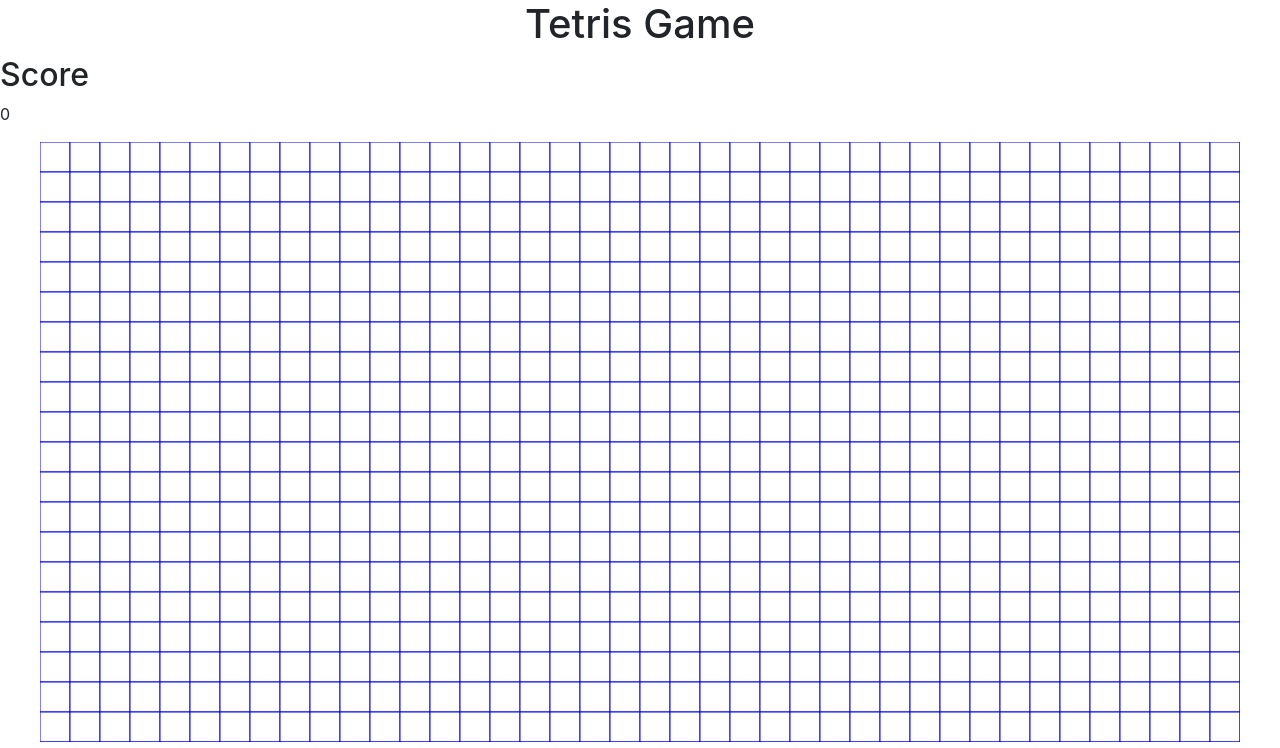
Repository: nlbien22/games
Page: Tetris/index.html
The author's editor kept a copy of each file at every save. The page is drawn from the files as they stood at one save, then again after the next save.
The browser window is 1280 px wide. The pictures show the whole page.

Above is the page before, as saved 2024-11-14 21:55:08.

After the next save:
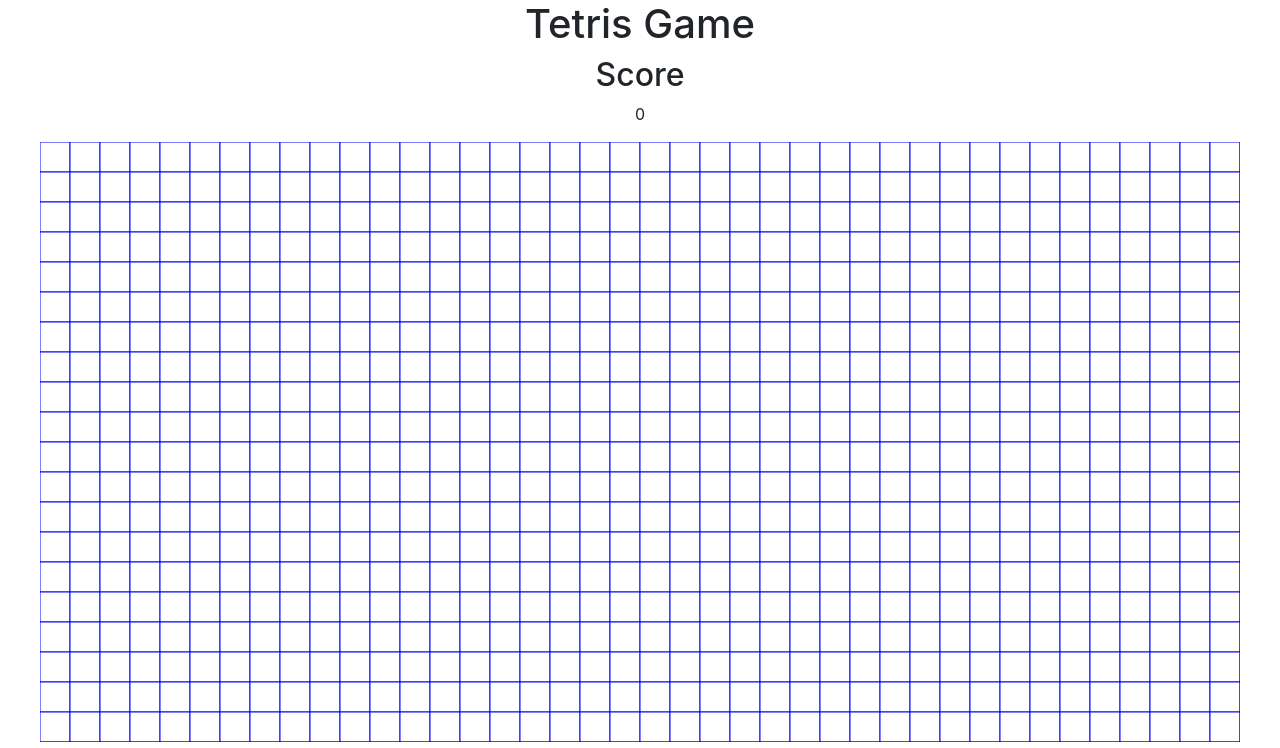
Saved 18 s later.
--- a/Tetris/index.html
+++ b/Tetris/index.html
@@ -9,7 +9,7 @@
 </head>
 <body>
     <h1 class="text-center">Tetris Game</h1>
-    <div class="score-box">
+    <div class="score-box text-center">
         <h2>Score</h2>
         <p id="score">0</p>
     </div>
